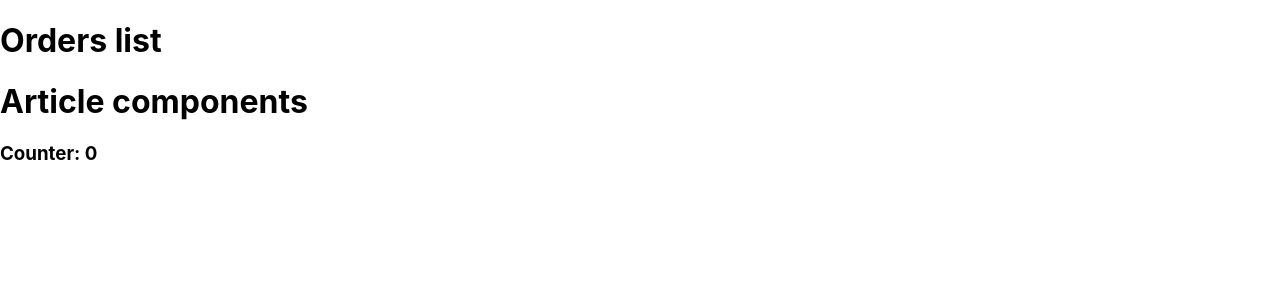
Repository: FS-23/react-navigation
Page: /menu/detail
An editor plug-in stored every save of this project. The page is shown before and after the next save, followed by the edit.
The browser window is 1280 px wide. The pictures show the whole page.
The project was rebuilt for these pictures with package versions that can differ from the ones it lists, and the page was loaded fresh each time.

Above is the page before, as saved 2022-05-06 13:00:26.

### src/App.js

import OrderList from "./components/OrderList";
import Article from "./components/Article";
function App() {
  return (
    <div className="App">
        <OrderList />
        <Article />
    </div>
  );
}

export default App;

### src/components/OrderList.js
import { getOrders , addOrder} from '../API/orders'
import { useEffect } from 'react'
function OrderList(){

    useEffect(()=> {
        addOrder({
            name: "Pizza hut",
            price: 12
        })
        console.log('getOrders:', getOrders() )
    }, [])

    return (
        <>
           <h1>Orders list</h1>
        </>
    )
}

export default OrderList

### src/components/Article.js
import React from "react";

export default  class Article extends React.Component {

     constructor(props){
          super(props)
          this.state = {
              count: 0
          }

          this.timer = 0


     }

    //  componentDidMount(){
    //        this.timer = setInterval(()=>{
    //            this.setState({count: this.state.count ++})
    //        },1000)
    //  }

     componentDidUpdate(){
        this.timer = setInterval(()=>{
            this.setState({count: this.state.count ++})
        })
     }




     render(){

         return(
            <>
                <h1>Article components</h1>
                <h3>Counter: {this.state.count}</h3>
            </>
         )
     }
}

### src/API/orders.js
const orders = [];

export function getOrders(){
    return orders
}

export function addOrder(obj){
    obj.id = orders.length + 1;
    orders.push(obj)
    return orders
}

export function getOrder(id){
    let order = orders.find((_order)=> _order.id == id)
    return order
}

export function changeOrderStatus(id, status){
    for(let order of orders){
        if(order.id == id) {
            order.status = status
            break
        }
    }

    return orders
    //   orders.forEach( order => {
    //       if(order.id == id) order.status = status
    //   })
}

export function removeOrder(id){
     orders.forEach( (order , index) => {
         if(order.id == id) orders.splice(index,1)
     })

     return orders
}

Loaded but not shown: public/index.html (common file); src/index.js (common file); src/index.css (common file)

After the next save:
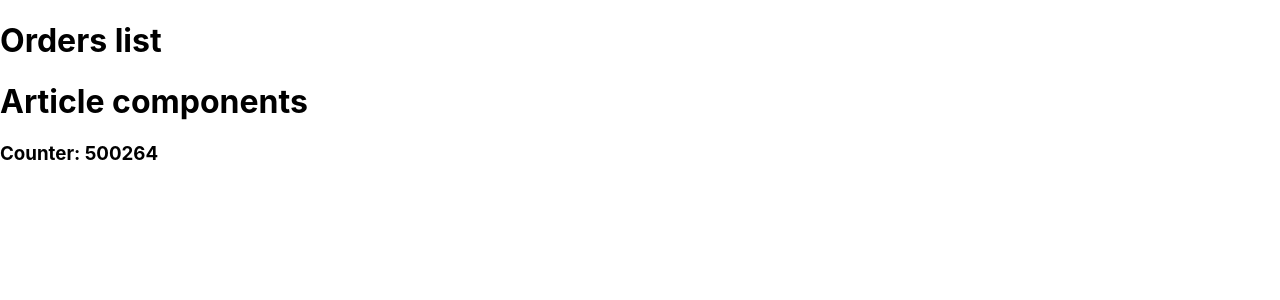
Saved 18 s later.
--- a/src/components/Article.js
+++ b/src/components/Article.js
@@ -13,11 +13,11 @@
 
      }
 
-    //  componentDidMount(){
-    //        this.timer = setInterval(()=>{
-    //            this.setState({count: this.state.count ++})
-    //        },1000)
-    //  }
+     componentDidMount(){
+           this.timer = setInterval(()=>{
+               this.setState({count: this.state.count ++})
+           },1000)
+     }
 
      componentDidUpdate(){
         this.timer = setInterval(()=>{
